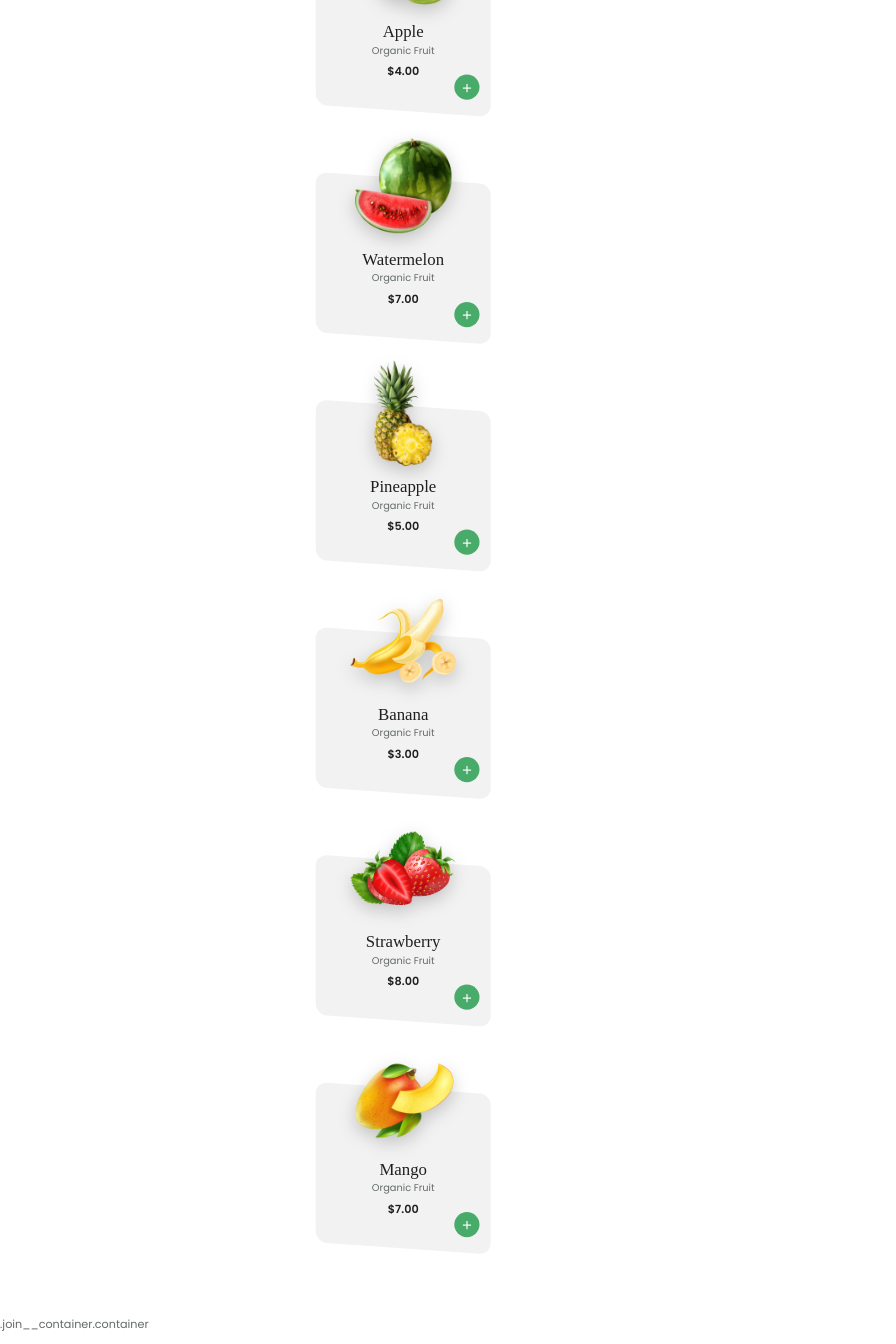
Repository: dinhhaidh/fruit
Page: index.html
The author's editor kept a copy of each file at every save. The page is drawn from the files as they stood at one save, then again after the next save.
The browser window is 1280 px wide. The pictures show the part of the page from y = 2709 to 4629 px (the page is 4629 px tall before and 4604 px after), at 70% of full size.
Some web fonts or font styles are not loaded; a fallback is used.

Above is the page before, as saved 2024-02-19 09:39:52.
Console error: ReferenceError: ScrollReveal is not defined

After the next save:
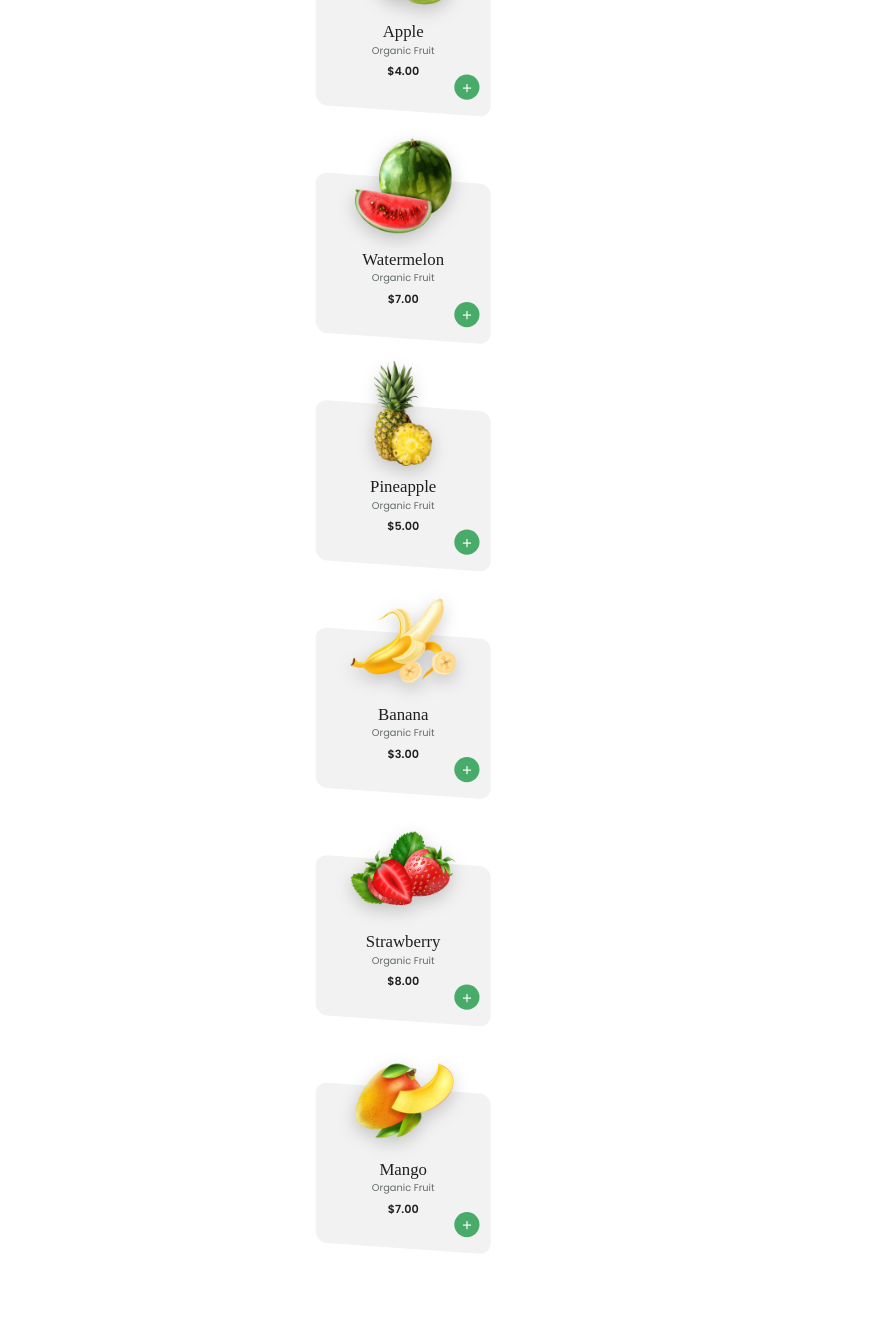
Saved 4 s later.
--- a/index.html
+++ b/index.html
@@ -204,7 +204,9 @@
 
         <!--==================== JOIN US ====================-->
         <section class="join section" id="join">
-            .join__container.container
+            <div class="join__container container grid">
+
+            </div>
         </section>
     </main>
 
